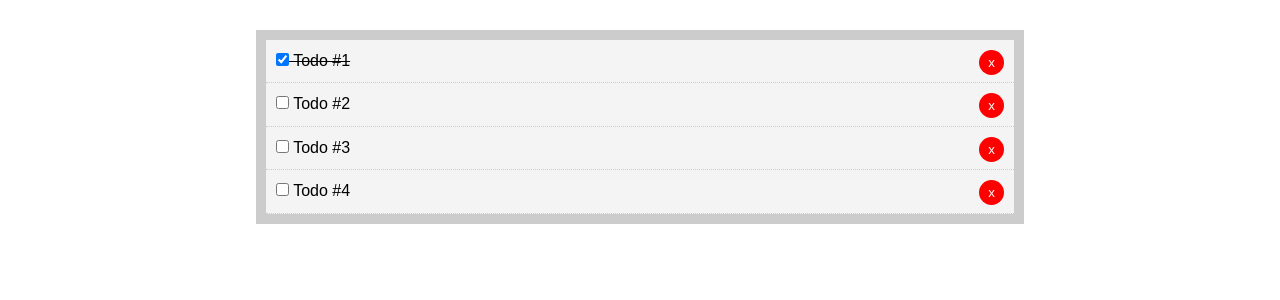
Repository: n0rthern-light/vuejs-taskmanager
Page: /
These files come from the project's save history. The page is drawn as it stood at one moment and after a run of saves; the edit follows.
The browser window is 1280 px wide. The pictures show the whole page.
The project was rebuilt for these pictures with package versions that can differ from the ones it lists, and the page was loaded fresh each time.

Above is the page before, as saved 2019-02-18 15:35:33.

### src/App.vue
<template>
  <div id="app">
    <h3>{{msg}}</h3>
    <Todos :todos="todos" v-on:del-todo="delTodo" v-on:update-array="updateArr"/>
  </div>
</template>

<script>

import Todos from '@/components/Todos.vue';

export default {
  name: 'app',
  components: {
    Todos
  },
  data() {
    return {
      todos: [
        {
          id: 1,
          title: 'Todo #1',
          completed: true
        },
        {
          id: 2,
          title: 'Todo #2',
          completed: false
        },
        {
          id: 3,
          title: 'Todo #3',
          completed: false
        },
        {
          id: 4,
          title: 'Todo #4',
          completed: false
        }
      ],
      msg: ''
    }
  },
  methods: {
    /* eslint-disable */
    setCookie(cname, cvalue, exdays) {
      var d = new Date();
      d.setTime(d.getTime() + (exdays*24*60*60*1000));
      var expires = "expires="+ d.toUTCString();
      document.cookie = cname + "=" + cvalue + ";" + expires + ";path=/";
    },
    getCookie(cname) {
      var name = cname + "=";
      var decodedCookie = decodeURIComponent(document.cookie);
      var ca = decodedCookie.split(';');
      for(var i = 0; i <ca.length; i++) {
        var c = ca[i];
        while (c.charAt(0) == ' ') {
          c = c.substring(1);
        }
        if (c.indexOf(name) == 0) {
          return c.substring(name.length, c.length);
        }
      }
      return "";
    },
    delTodo(id) {
      console.log('delTodo');
      this.todos = this.todos.filter((el) => el.id !== id);
    },
    updateArr(obj) {
      console.log('updateArr');
      this.todos = this.todos.
      map((el) => el.id === obj.id ? obj : el).
      sort((a, b) => a.id - b.id).
      sort((a, b) => a.completed - b.completed);

      this.setCookie('todos', JSON.stringify(this.todos), 60)
    }

  },
  mounted() {
    console.log('mounted');
    this.todos = JSON.parse(this.getCookie('todos'));

    this.todos = this.todos.sort((a, b) => a.id - b.id).
      sort((a, b) => a.completed - b.completed);
  }
}
</script>

<style>
* {
  box-sizing: border-box;
  margin: 0;
  padding: 0;
}

body {
  font-family: Arial, Helvetica, sans-serif;
  line-height: 1.4;
}
</style>

### src/components/Todos.vue
<template>
  <div class="container">
    <div v-for="todo in todos" :key="todo.id">
      <TodoItem :todo="todo" v-on:del-todo="$emit('del-todo', todo.id)" v-on:update-array="$emit('update-array', todo)"/>
    </div>
  </div>
</template>

<script>
import TodoItem from './TodoItem.vue';

export default {
  components: {
    TodoItem
  },
  name: 'Todos',
  props: ['todos']
}
</script>

<style scoped>
.container {
  padding: 10px;
  background-color: #ccc;
  margin: 30px auto 0 auto;
  width: 80%;
  max-width: 768px;
  display: flex;
  flex-direction: column;
}

.container div {
  flex: 1;
}
</style>

### src/components/TodoItem.vue
<template>
  <div class="todo-item" :class="{'is-complete':todo.completed}">
    <p>
      <input type="checkbox" v-on:change="markComplete(); $emit('update-array', todo);" :checked="this.todo.completed">
      {{todo.title}}
      <button @click="$emit('del-todo', todo.id)" class="del">x</button>
    </p>
  </div>
</template>

<script>
export default {
  name: 'TodoItem',
  props: ['todo'],
  methods: {
    markComplete () {
      this.todo.completed = !this.todo.completed;
    }
  },
  mounted () {

  }
}
</script>

<style scoped>
  .todo-item {
    background: #f4f4f4;
    padding: 10px;
    border-bottom: 1px #ccc dotted;
  }

  .is-complete {
    text-decoration: line-through;
  }

  .del {
    background: #ff0000;
    color: #fff;
    border: none;
    padding: 5px 9px;
    border-radius: 50%;
    cursor: pointer;
    float: right;
  }
</style>

Loaded but not shown: src/main.js (common file)

After the next 3 saves:
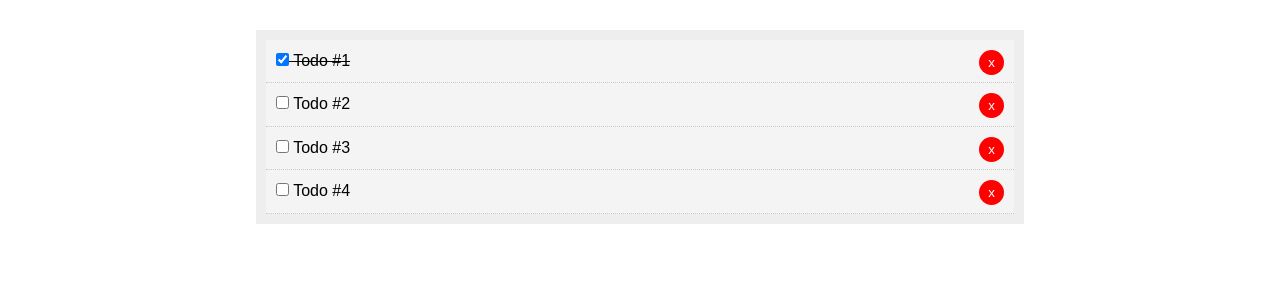
The 3 saves are shown as one change because they came seconds apart.
The last was saved 15 s later.
--- a/src/components/Todos.vue
+++ b/src/components/Todos.vue
@@ -21,7 +21,8 @@ export default {
 <style scoped>
 .container {
   padding: 10px;
-  background-color: #ccc;
+  background-color: #eee;
+
   margin: 30px auto 0 auto;
   width: 80%;
   max-width: 768px;
